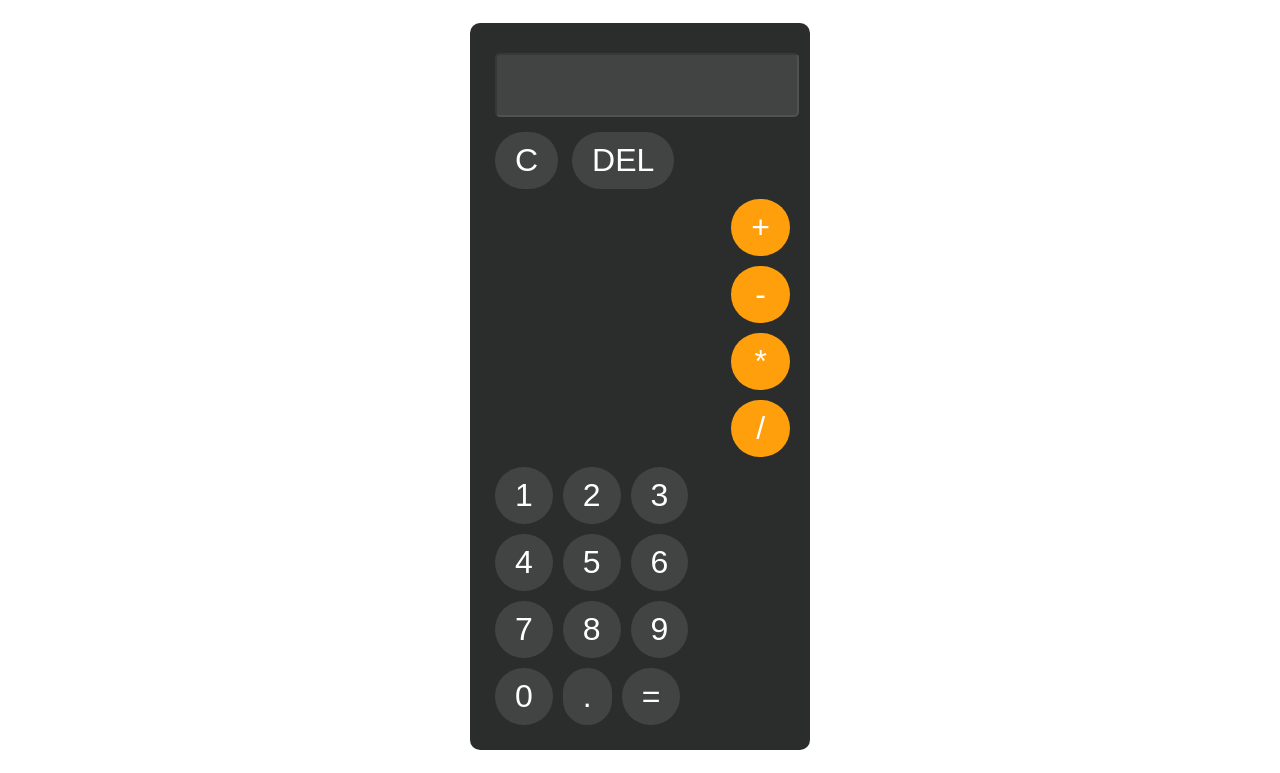
Repository: jaskeat/Calculator
Page: index.html
These files come from the project's save history. The page is drawn as it stood at one moment and after the next save; the edit follows.
The browser window is 1280 px wide. The pictures show the whole page.

Above is the page before, as saved 2024-09-14 14:25:28.

After the next save:
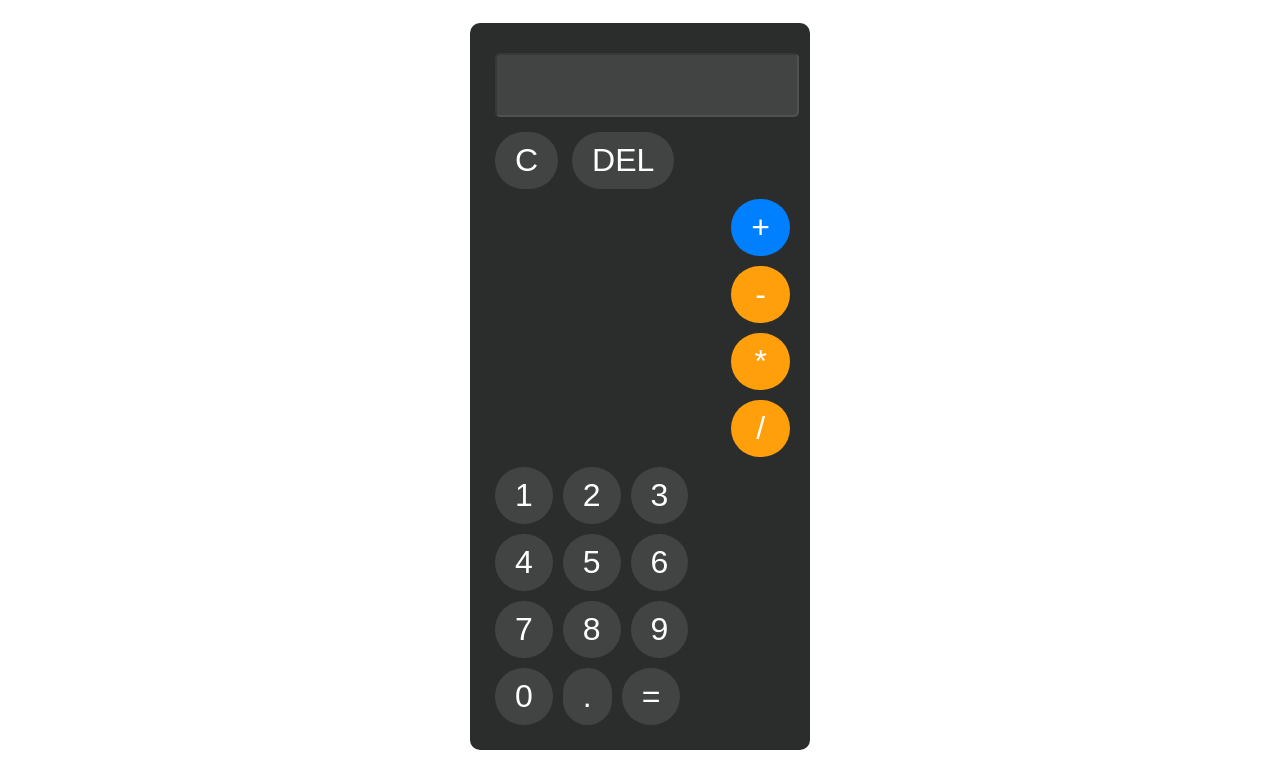
Saved 47 s later.
--- a/style.css
+++ b/style.css
@@ -78,6 +78,6 @@ input {
 	margin: 5px;
 }
 
-.highlighted {
+.btn.highlighted {
 	background-color: #0080ff; /* Replace with your highlight color */
 }

After the save that followed:
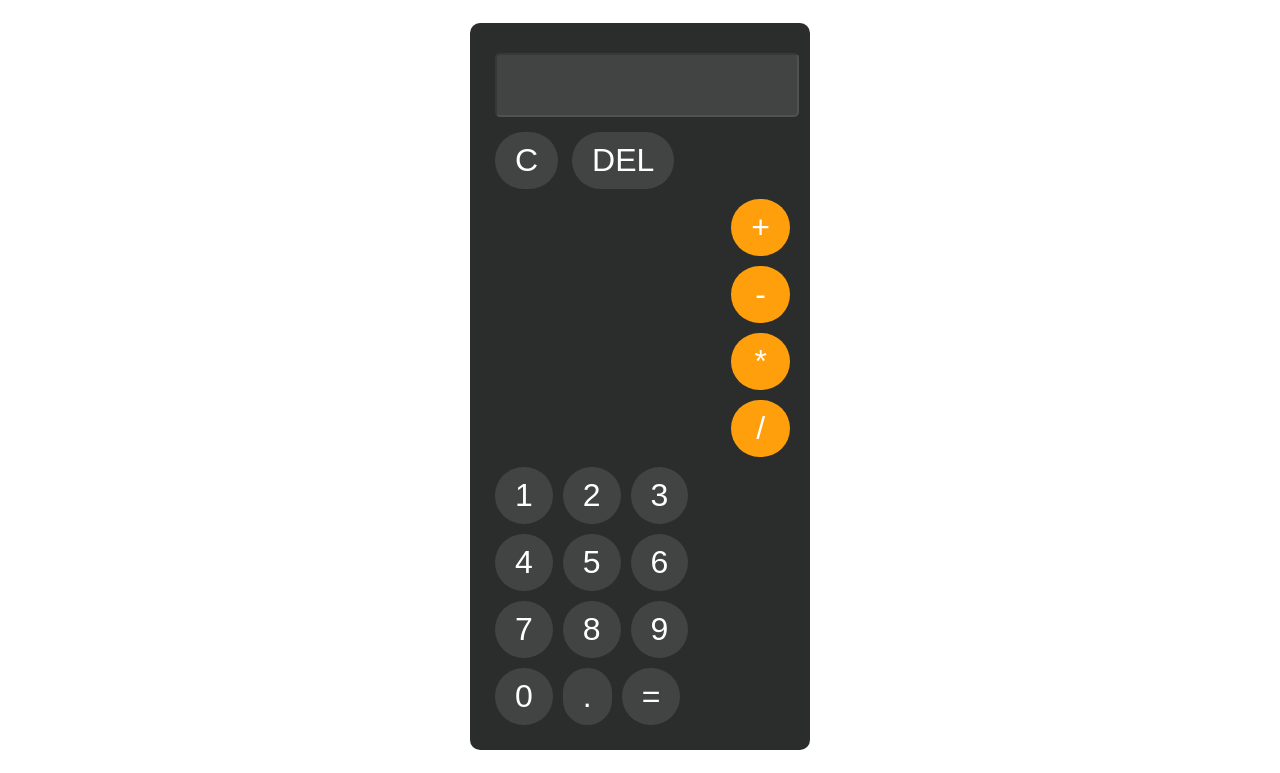
Saved 6 s later.
--- a/index.html
+++ b/index.html
@@ -19,7 +19,7 @@
 
 			<div class="buttons">
 				<div class="operators">
-					<button class="btn highlighted" onclick="operator('+',this)">+</button>
+					<button class="btn" onclick="operator('+',this)">+</button>
 					<button class="btn" onclick="operator('-',this)">-</button>
 					<button class="btn" onclick="operator('*',this)">*</button>
 					<button class="btn" onclick="operator('/',this)">/</button>
